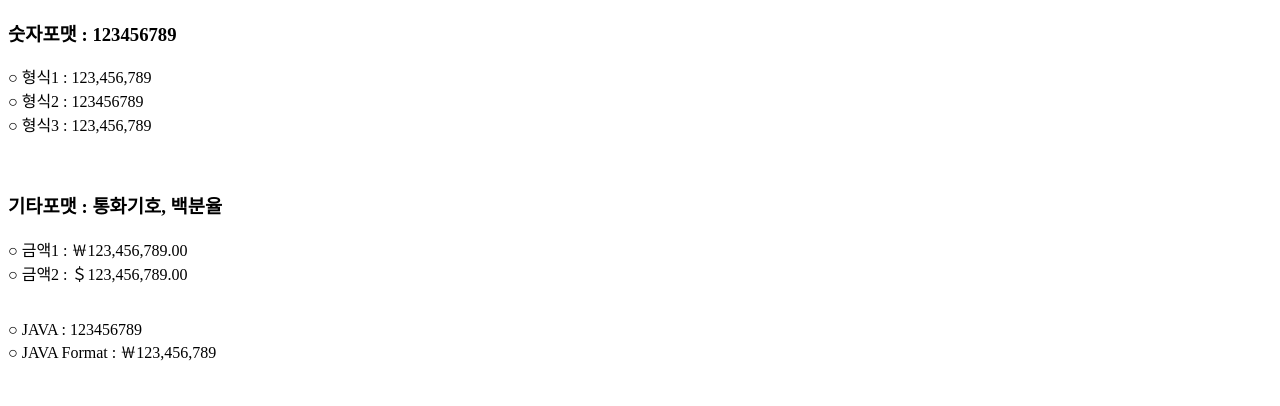
Repository: youngmoon525/Jsp_Servlet
Page: http://localhost/03.JSP/jsp39.jsp
An editor plug-in stored every save of this project. The page is shown before and after the next save, followed by the edit.
The browser window is 1280 px wide. The pictures show the whole page.
The page is served by Tomcat 9.

Above is the page before, as saved 2021-09-09 04:09:25.

After the next save:
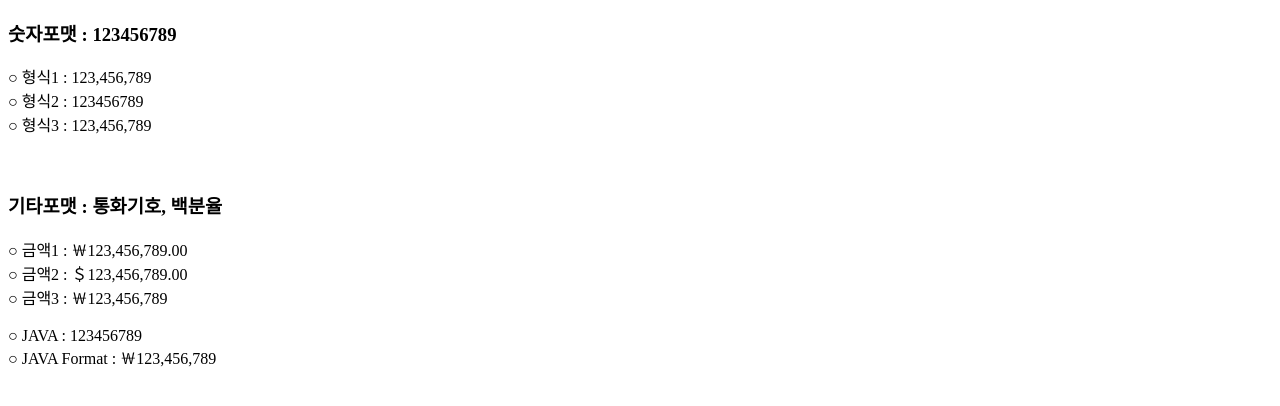
Saved 51 s later.
--- a/workspace/03.JSP/WebContent/jsp39.jsp
+++ b/workspace/03.JSP/WebContent/jsp39.jsp
@@ -20,7 +20,7 @@
 <%-- 통화기호 : ㄹ → 한자 --%>
 ○ 금액1 : <fmt:formatNumber value="${num}" type="currency" currencySymbol="￦"/><br/>
 ○ 금액2 : <fmt:formatNumber value="${num}" type="currency" currencySymbol="＄"/><br/>
-
+○ 금액3 : <fmt:formatNumber value="${num}" pattern="￦#,##0"/>
 
 <br/><br/>
 <%
